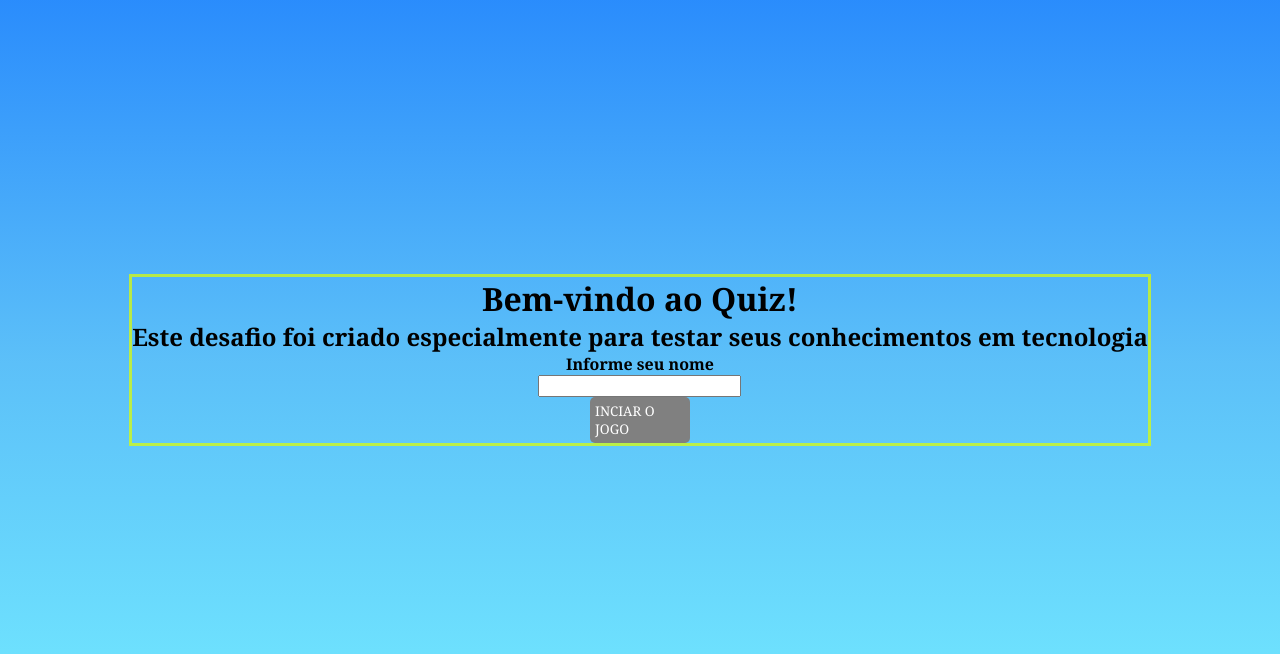
Repository: LaisSilvaO/Projeto-Quizz
Page: telas/apresentação.html
The author's editor kept a copy of each file at every save. The page is drawn from the files as they stood at one save, then again after the next save.
The browser window is 1280 px wide. The pictures show the whole page.

Above is the page before, as saved 2024-12-25 18:35:12.

### telas/apresentação.html
<!DOCTYPE html>
<html lang="pt-br">

<head>
    <meta charset="UTF-8">
    <meta name="viewport" content="width=device-width, initial-scale=1.0">
    <title>Quiz</title>
    <link rel="stylesheet" href="../img/tela.css">
</head>

<body>
    <div class="borda1">
        <H1> Bem-vindo ao Quiz!</H1>

        <h2>Este desafio foi criado especialmente para testar seus conhecimentos em tecnologia


        </h2>
        <h4>Informe seu nome </h4>
        <input type="text" id="nome">
        <A href="index.html">
            <h4><button>INCIAR O JOGO</button></h4>
        </A>
    </div>

</body>

</html>

### img/tela.css
* {
  margin: 0;
  padding: 0;
  box-sizing: border-box;
  font-family: Cambria, Cochin, Georgia, Times, 'Times New Roman', serif;
}

body {
  height: 100vh;
  display: flex;
  justify-content: center;
  flex-direction: column;
  flex-wrap: wrap;
  align-items: center;
  gap: 5px;
  background: linear-gradient(180deg, rgba(19, 128, 252, 0.9) 0%, rgba(80, 187, 248, 0.932), rgba(103, 230, 255, 0.932) 100%);
}

main {
  background-color: white;
  padding: 10px;
  border-radius: 10px;
  width: 100%;
  max-width: 600px;
  min-height: 400px;
  display: flex;
  align-items: center;
  justify-content: center;
}

.content {
  display: flex;
  flex-direction: column;
  width: 100px;
  gap: 10px;
}

.qtddquestao {
  text-align: end;
}

.resposta {
  display: flex;
  flex-direction: column;
  gap: 5px;
}

button {
  width: 100px;
  text-align: start;
  padding: 5px;
  border: none;
  border-radius: 5px;
  cursor: pointer;
  background-color: grey;
  color: white;
}

.final {
  display: none;
  flex-direction: column;
  gap: 10px;
}

.borda1{
  display: flex;
  flex-direction: column;
  align-items: center;
  border-style:solid;
  border-color: rgba(225, 255, 0, 0.708);

}

After the next save:
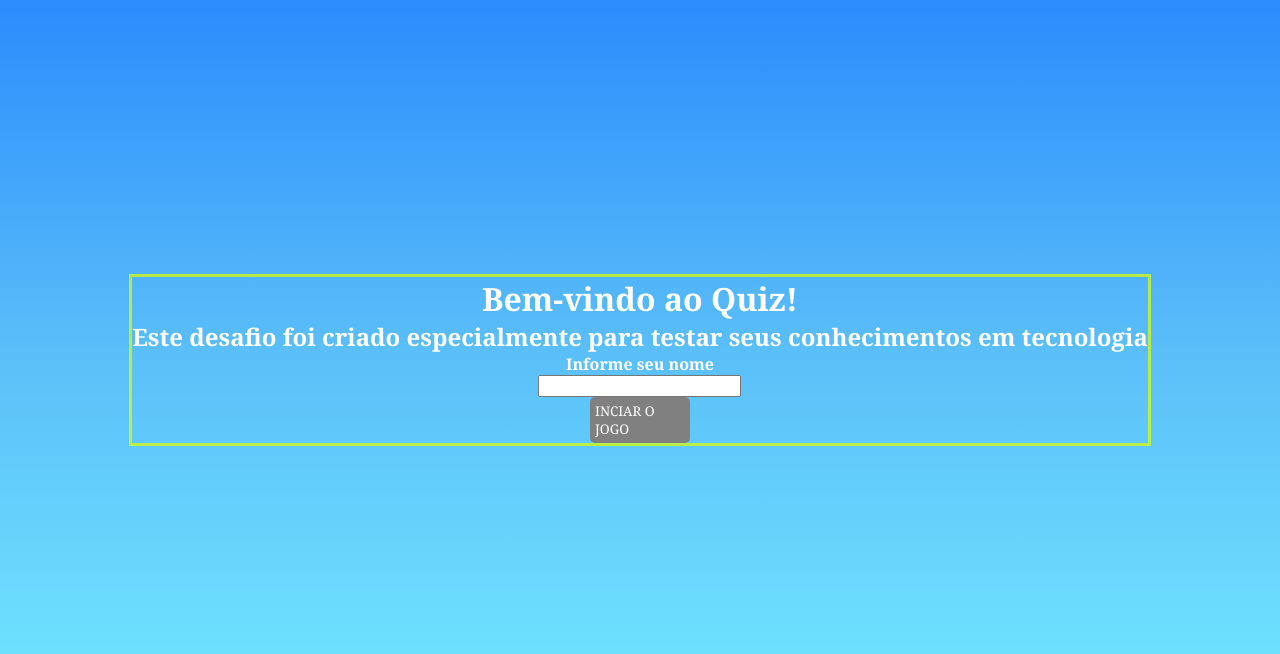
Saved 27 s later.
--- a/img/tela.css
+++ b/img/tela.css
@@ -70,3 +70,6 @@ button {
   border-color: rgba(225, 255, 0, 0.708);
 
 }
+div{
+  color: white;
+}
